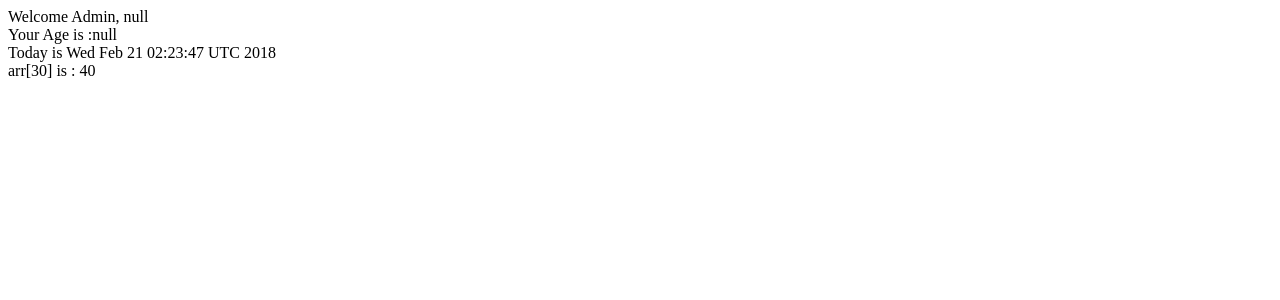
Repository: Lokeswari19/JavaExamples
Page: http://localhost/Session12/welcome.jsp
These files come from the project's save history. The page is drawn as it stood at one moment and after the next save; the edit follows.
The browser window is 1280 px wide. The pictures show the whole page.
The page is served by Tomcat 9.

Above is the page before, as saved 2018-02-21 22:02:30.

After the next save:
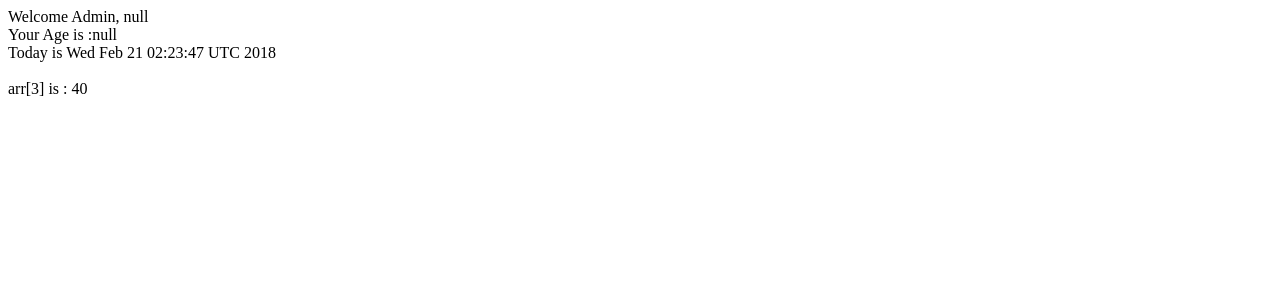
Saved 32 s later.
--- a/Session12/WebContent/welcome.jsp
+++ b/Session12/WebContent/welcome.jsp
@@ -20,7 +20,7 @@ Date date=new Date();
 out.print("Today is " +date + "<br/>");
 int[] arr={10, 20, 30, 40};
 
-out.print("arr[30] is : "+ arr[3]); //Runtime error
+out.print("<br/>arr[3] is : "+ arr[3]); //Runtime error
 %>
 </body>
 </html>
